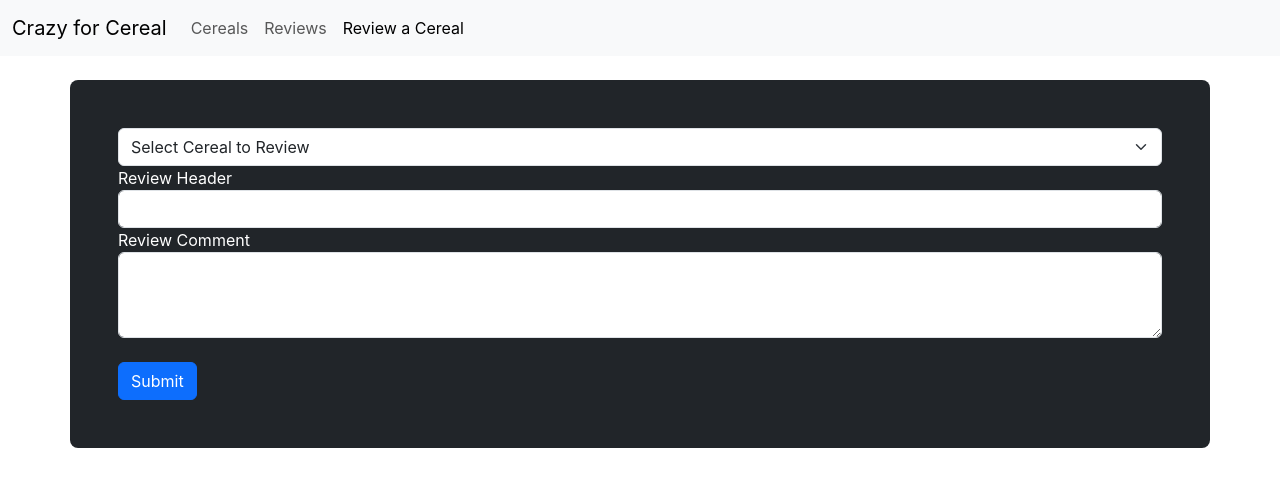
Repository: annferracane/project-3-sinatra
Page: /new-review (app in phase-3-project/)
An editor plug-in stored every save of this project. The page is shown before and after the next save, followed by the edit.
The browser window is 1280 px wide. The pictures show the whole page.
The page's requests for data from a server got no answer. The project was rebuilt for these pictures with package versions that can differ from the ones it lists, and the page was loaded fresh each time. No one was signed in, and anything a server would have sent is missing. Also part of the build but not shown: phase-3-project/src/components/Cereal.js, phase-3-project/src/components/Cereals.js, phase-3-project/src/components/Main.js, phase-3-project/src/components/Review.js, phase-3-project/src/components/Reviews.js, phase-3-project/src/components/CerealDetail.js.

Above is the page before, as saved 2023-01-24 14:51:05.

### phase-3-project/public/index.html
<!DOCTYPE html>
<html lang="en">
  <head>
    <meta charset="utf-8">
    <link rel="icon" href="%PUBLIC_URL%/favicon.ico" />
    <meta name="viewport" content="width=device-width, initial-scale=1">
    <link rel="apple-touch-icon" href="%PUBLIC_URL%/logo192.png" />
    <link rel="manifest" href="%PUBLIC_URL%/manifest.json" />
    <title>Phase 3 - Cereal Reviews</title>
    <link rel="stylesheet" href="https://cdn.jsdelivr.net/npm/bootstrap@5.3.0-alpha1/dist/css/bootstrap.min.css" integrity="sha384-GLhlTQ8iRABdZLl6O3oVMWSktQOp6b7In1Zl3/Jr59b6EGGoI1aFkw7cmDA6j6gD" crossorigin="anonymous">
  </head>
  <body>
    <div id="root"></div>
    <script src="https://cdn.jsdelivr.net/npm/bootstrap@5.3.0-alpha1/dist/js/bootstrap.bundle.min.js" integrity="sha384-w76AqPfDkMBDXo30jS1Sgez6pr3x5MlQ1ZAGC+nuZB+EYdgRZgiwxhTBTkF7CXvN" crossorigin="anonymous"></script>
  </body>
</html>

### phase-3-project/src/index.js
import 'bootstrap/dist/css/bootstrap.css';
import React from 'react';
import ReactDOM from 'react-dom/client';
import { BrowserRouter } from "react-router-dom";
import './css/index.css';
import App from './components/App';
import reportWebVitals from './reportWebVitals';

const root = ReactDOM.createRoot(document.getElementById('root'));
root.render(
  <BrowserRouter>
    <App />
  </BrowserRouter>
);

// If you want to start measuring performance in your app, pass a function
// to log results (for example: reportWebVitals(console.log))
// or send to an analytics endpoint. Learn more: https://bit.ly/CRA-vitals
reportWebVitals();

### phase-3-project/src/components/App.js
import React, {useState, useEffect} from 'react';
import { Routes, Route } from "react-router-dom";
import NavBar from './NavBar';
import Main from './Main';
import Reviews from './Reviews';
import NewReview from './NewReview';
import CerealDetail from './CerealDetail';

function App() {
  const baseURL = "http://localhost:9292";

  const [reviews, setReviews] = useState([])
  const [cereals, setCereals] = useState([])
  const [users, setUsers] = useState([])

  // Reviews
  useEffect(() =>{
    fetch(`${baseURL}/reviews`)
    .then(resp => resp.json())
    .then(reviews => setReviews(reviews))
  },[])

  // Cereals
  useEffect(() =>{
    fetch(`${baseURL}/cereals`)
    .then(resp => resp.json())
    .then(cereals => setCereals(cereals))
  },[])

  // Users
  useEffect(() =>{
    fetch(`${baseURL}/users`)
    .then(resp => resp.json())
    .then(users => setUsers(users))
  },[])

  function addNewReview(mynewReview){
    setReviews([...reviews, mynewReview])
  }

  return (
    <div className="App">
      <NavBar />
      <Routes>
        <Route exact path="/" element={<><Main cereals={ cereals }/></>} />
        <Route path="/reviews" element={<><Reviews reviews={ reviews }/></>} />
        <Route path="/new-review" element={<><NewReview addNewReview={ addNewReview }/></>} />
        <Route path="/cereals/:id" element={<><CerealDetail cereal={ cereals }/></>} />
      </Routes>
    </div>
  )
}

export default App;

### phase-3-project/src/components/NavBar.js
import React from "react";
import { NavLink } from "react-router-dom";

function NavBar() {
    return (
        <nav className="navbar navbar-expand-lg bg-body-tertiary">
            <div className="container-fluid">
                <NavLink className="navbar-brand" to="/">Crazy for Cereal</NavLink>
                <button className="navbar-toggler" type="button" data-bs-toggle="collapse" data-bs-target="#navbarSupportedContent" aria-controls="navbarSupportedContent" aria-expanded="false" aria-label="Toggle navigation">
                    <span className="navbar-toggler-icon"></span>
                </button>
                <div className="collapse navbar-collapse" id="navbarSupportedContent">
                    <ul className="navbar-nav me-auto mb-2 mb-lg-0">
                        <li className="nav-item">
                            <NavLink exact className="nav-link" aria-current="page" to="/">Cereals</NavLink>
                        </li>
                        <li className="nav-item">
                            <NavLink exact className="nav-link" aria-current="page" to="/reviews">Reviews</NavLink>
                        </li>
                        <li className="nav-item">
                        <NavLink className="nav-link" to="/new-review">Review a Cereal</NavLink>
                        </li>
                    </ul>
                </div>
            </div>
        </nav>

    )
}

export default NavBar;

### phase-3-project/src/components/NewReview.js
import React, { useState } from 'react';
//import { useHistory } from 'react-router-dom';

function NewReview({ addNewReview }) {
    console.log(addNewReview)
    const [cerealId, setCerealId] = useState('');
    const [cerealName, setCerealName] = useState('');
    const [header, setHeader] = useState('');
    const [comment, setComment] = useState('');
    const [starRating, setStarRating] = useState('');
    //const history = useHistory();

    function handleSubmit(e) {

        e.preventDefault();

        const newReview = {
            cereal_id: cerealId,
            header: header,
            comment: comment,
            star_rating: starRating,
        }
        fetch(`http://localhost:9292/reviews`, {
        method: "POST",
        headers: {
            "Content-Type": "application/json",
        },
        body: JSON.stringify(newReview),
        })
        .then(resp => resp.json())
        .then(mynewReview => {
            addNewReview(mynewReview);
            //history.push(`/cereals/${mynewReview.id}`);
        });
    }
    return (
        <div className="container py-4">
            <div className="row align-items-md-stretch">
                <div className="p-5 text-bg-dark rounded-3">
                    <form onSubmit={ handleSubmit }>
                        <div className="form-group">
                            <select className="form-select" value={ cerealId } onChange={(e) => setCerealId(e.target.value)} aria-label="Default select example">
                                <option selected>Select Cereal to Review</option>
                                <option value="1">One</option>
                                <option value="2">Two</option>
                                <option value="3">Three</option>
                            </select>
                        </div>
                        <div className="form-group">
                            <label htmlFor="url">Review Header</label>
                            <input type="text" className="form-control" id="image" value={header} onChange={(e) => setHeader(e.target.value)} />
                        </div>
                        <div className="form-group">
                            <label htmlFor="comments">Review Comment</label>
                            <textarea className="form-control" id="exampleFormControlTextarea1" rows="3" value={comment} onChange={(e) => setComment(e.target.value)}></textarea>
                        </div>
                        <br></br>
                        <button type="submit" className="btn btn-primary">Submit</button>
                    </form>
                </div>
            </div>
        </div>
    )
}

export default NewReview

Loaded but not shown: phase-3-project/src/css/index.css (common file); phase-3-project/src/reportWebVitals.js (common file)

After the next save:
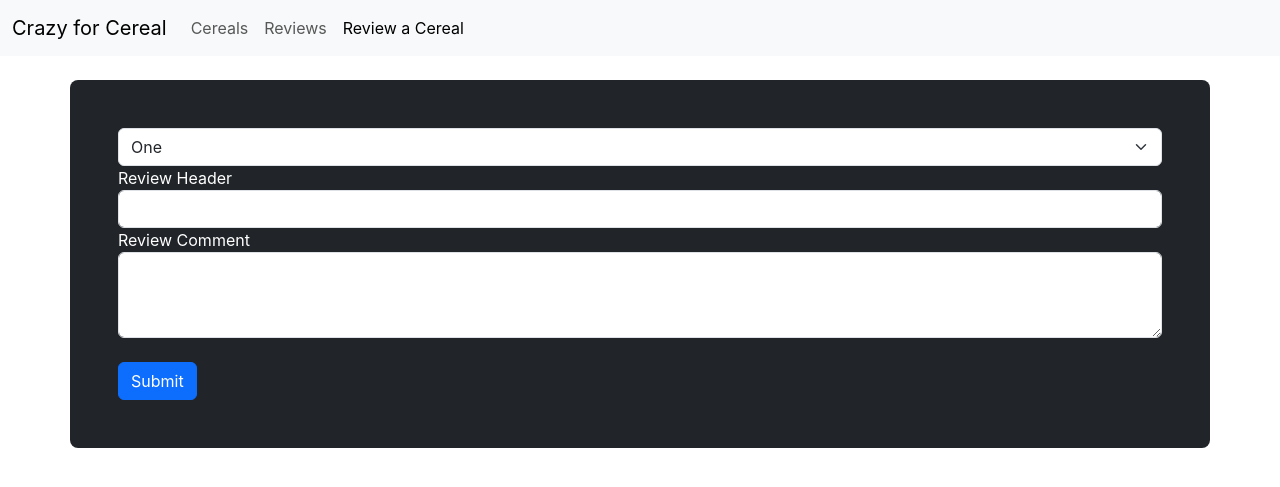
Saved 8 s later.
--- a/phase-3-project/src/components/NewReview.js
+++ b/phase-3-project/src/components/NewReview.js
@@ -40,7 +40,6 @@
                     <form onSubmit={ handleSubmit }>
                         <div className="form-group">
                             <select className="form-select" value={ cerealId } onChange={(e) => setCerealId(e.target.value)} aria-label="Default select example">
-                                <option selected>Select Cereal to Review</option>
                                 <option value="1">One</option>
                                 <option value="2">Two</option>
                                 <option value="3">Three</option>

After the save that followed:
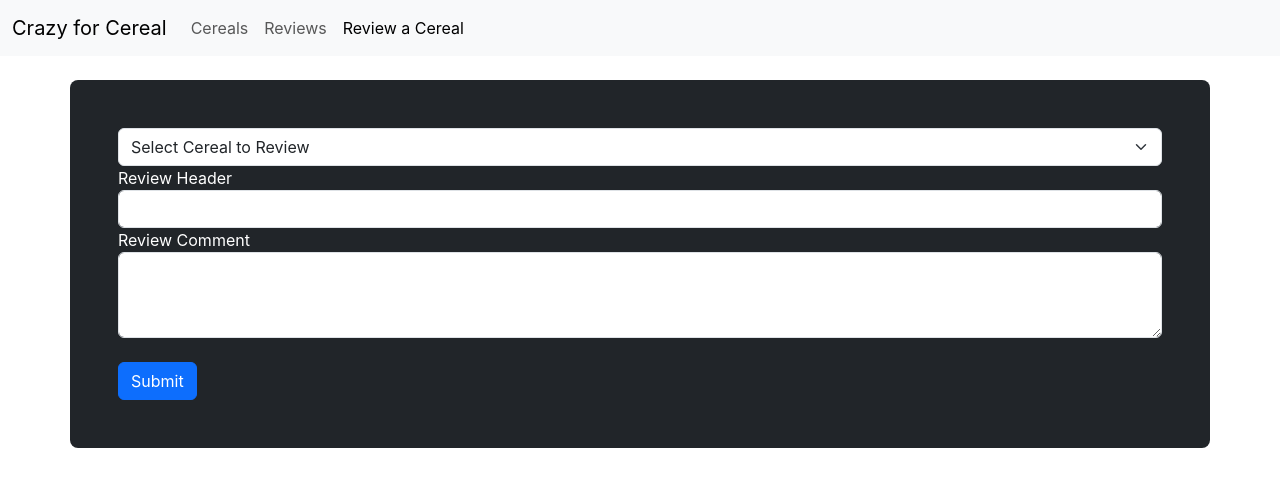
Saved 10 s later.
--- a/phase-3-project/src/components/NewReview.js
+++ b/phase-3-project/src/components/NewReview.js
@@ -40,6 +40,7 @@
                     <form onSubmit={ handleSubmit }>
                         <div className="form-group">
                             <select className="form-select" value={ cerealId } onChange={(e) => setCerealId(e.target.value)} aria-label="Default select example">
+                                <option selected>Select Cereal to Review</option>
                                 <option value="1">One</option>
                                 <option value="2">Two</option>
                                 <option value="3">Three</option>
